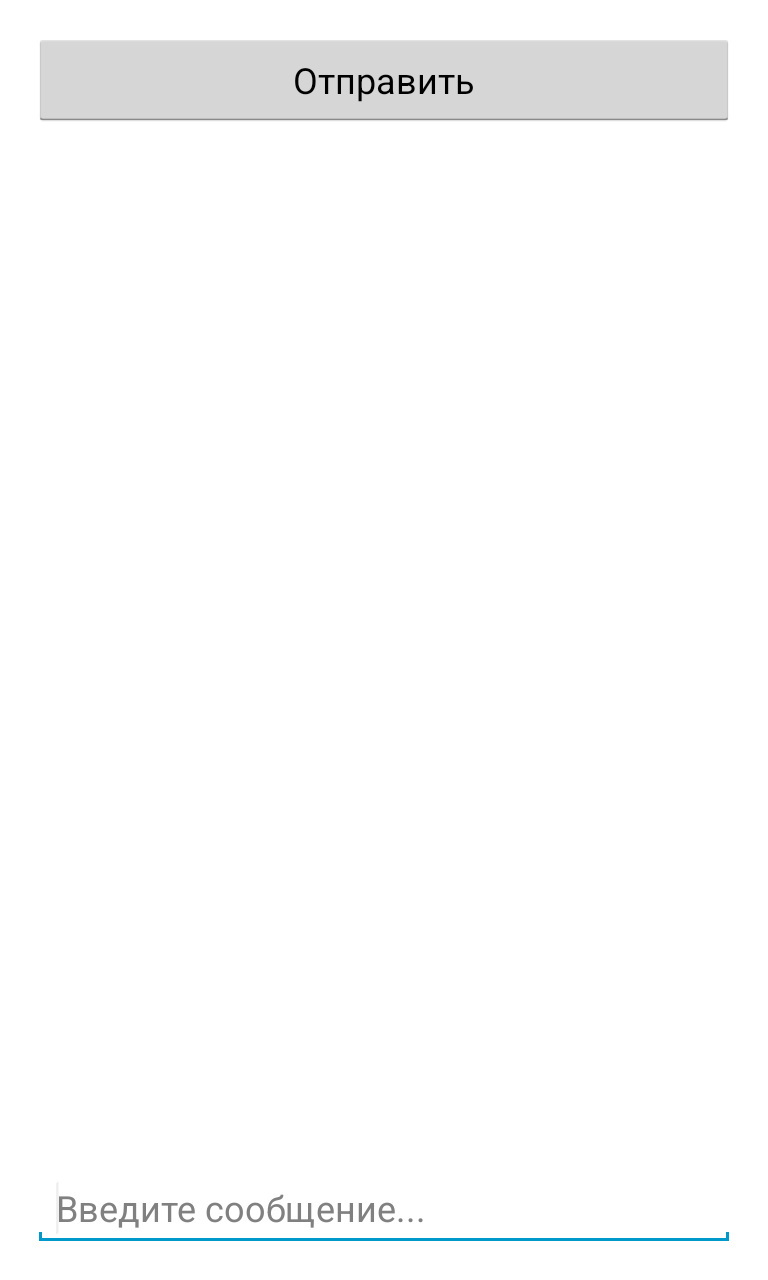
Repository: DukeSpontaneous/Bluetooth-Chat
Layout: BluetoothChat/res/layout/chat.xml
The author's editor kept a copy of each file at every save. The layout is drawn from the files as they stood at one save, then again after the next save.
It is drawn on a 768 x 1280 px phone screen (xhdpi) without system bars, with theme AppTheme; the app's code is not run. Lists and similar views that code fills are empty.

Above is the layout before, as saved 2016-08-18 08:41:28.

### BluetoothChat/res/layout/chat.xml
<?xml version="1.0" encoding="utf-8"?>
<LinearLayout xmlns:android="http://schemas.android.com/apk/res/android"
    android:id="@+id/LinearLayout1"
    android:layout_width="match_parent"
    android:layout_height="match_parent"
    android:orientation="vertical"
    android:paddingBottom="16dp"
    android:paddingLeft="16dp"
    android:paddingRight="16dp"
    android:paddingTop="16dp">

    <!--android:configChanges="orientation|screenSize"-->

    <Button
        android:id="@+id/buttonSendMessage"
        android:layout_width="match_parent"
        android:layout_height="wrap_content"
        android:text="@string/b_send_message" />

    <ListView
        android:id="@+id/listViewChat"
        android:layout_width="match_parent"
        android:layout_height="0dp"
        android:layout_weight="1" />

    <EditText
        android:id="@+id/et_input_message"
        android:layout_width="match_parent"
        android:layout_height="wrap_content"
        android:ems="10"
        android:hint="@string/hint_input_message"
        android:inputType="textMultiLine" >

        <requestFocus />
    </EditText>

</LinearLayout>

### BluetoothChat/res/values/strings.xml
<?xml version="1.0" encoding="utf-8"?>
<resources>

    <string name="app_name">Bluetooth Chat</string>
    <string name="tv_server_mode">Режим сервера</string>
    <string name="tv_client_mode">Режим клиента</string>
    <string name="b_server">Запустить сервер</string>
    <string name="sw_discover_devices">Искать устройства</string>

    <string name="b_send_message">Отправить</string>
    <string name="hint_input_message">Введите сообщение...</string>

    <string name="service_uuid">565b2b42-b215-4717-a10b-f61bd445001f</string>
    <string name="service_name">Testing Server</string>

    <string name="request_code_mode">RequestCodeMode</string>

</resources>

Loaded but not shown: BluetoothChat/res/values/styles.xml (common file); BluetoothChat/res/values-v11/styles.xml (common file); BluetoothChat/res/values-v14/styles.xml (common file)

After the next save:
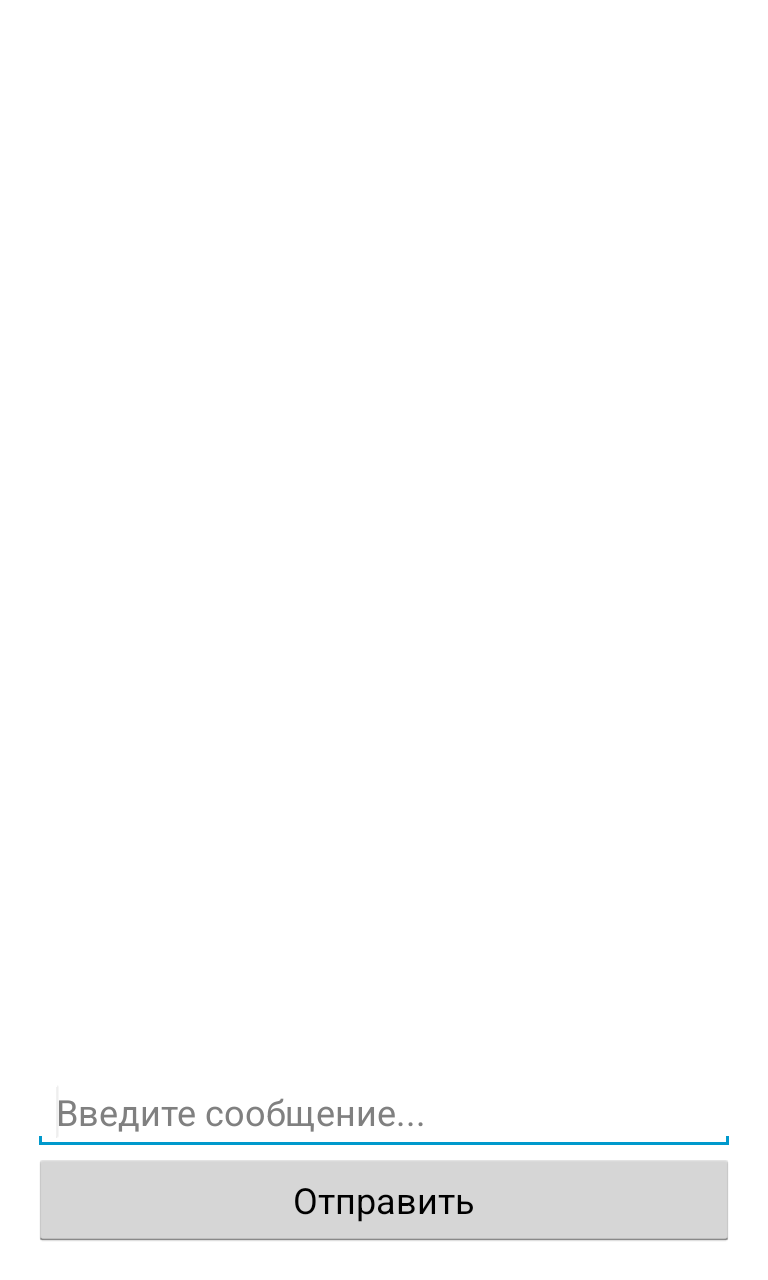
Saved 3 min 24 s later.
--- a/BluetoothChat/res/layout/chat.xml
+++ b/BluetoothChat/res/layout/chat.xml
@@ -11,11 +11,7 @@
 
     <!--android:configChanges="orientation|screenSize"-->
 
-    <Button
-        android:id="@+id/buttonSendMessage"
-        android:layout_width="match_parent"
-        android:layout_height="wrap_content"
-        android:text="@string/b_send_message" />
+
 
     <ListView
         android:id="@+id/listViewChat"
@@ -34,4 +30,10 @@
         <requestFocus />
     </EditText>
 
+     <Button
+        android:id="@+id/buttonSendMessage"
+        android:layout_width="match_parent"
+        android:layout_height="wrap_content"
+        android:text="@string/b_send_message" />
+
 </LinearLayout>
